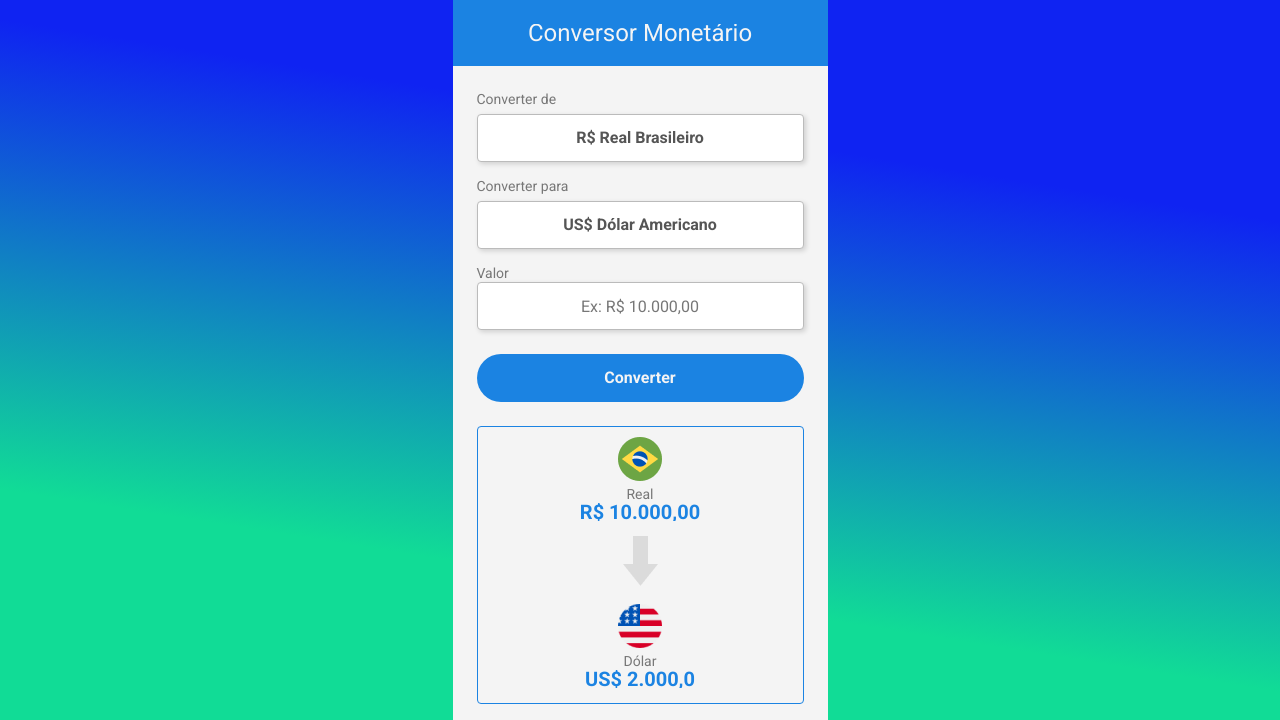
Repository: isayrous/coin-converter
Page: index.html
These files come from the project's save history. The page is drawn as it stood at one moment and after the next save; the edit follows.
The browser window is 1280 px wide. The pictures show the whole page.

Above is the page before, as saved 2022-11-02 21:49:41.

### index.html
<!DOCTYPE html>
<html lang="pt-br">
<head>
    <meta charset="UTF-8">
    <meta http-equiv="X-UA-Compatible" content="IE=edge">
    <meta name="viewport" content="width=device-width, initial-scale=1.0">
    <link rel='stylesheet' href="./style.css">
    <link rel="preconnect" href="https://fonts.googleapis.com">
    <link rel="preconnect" href="https://fonts.gstatic.com" crossorigin>
    <link href="https://fonts.googleapis.com/css2?family=Roboto:wght@400;700&display=swap" rel="stylesheet">
    <title>Conversor Monetário</title>
</head>
<body>
    <div class="container">

        <header>
            <h1>Conversor Monetário</h1>
        </header>

        <main>
            <label>
                Converter <strong>de</strong>
                <select id="first-select">
                    <option>R$ Real Brasileiro</option>
                    <option>US$ Dólar Americano</option>
                    <option>Bitcoin</option>
                    <option>€ Euro</option>
                </select>
            </label>

            <label>
                Converter <strong>para</strong>
                <select id="seccond-select">
                    <option>US$ Dólar Americano</option>
                    <option>Bitcoin</option>
                    <option>€ Euro</option>
                    <option>R$ Real Brasileiro</option>
                </select>
            </label>

            <label>
                <b>Valor</b>
                <input id='values' placeholder="Ex: R$ 10.000,00">
            </label>

            <button id="button-converter" >Converter</button>

            <section>
                <div>
                    <img id="currency-img1" src="./assets/BRL.png">
                    <p id="first-currency">Real</p>
                    <p id="return-input1" class="value">R$ 10.000,00</p>
                </div>

                <img src="./assets/Vector.png"><br>

                <div>
                    <img id="currency-img2" src="./assets/USA.png">
                    <p id ="seccond-currency">Dólar</p>
                    <p id="return-input2" class="value">US$ 2.000,0</p>
                </div>

            </section>

        </main>

    </div>

</body>
<script src='./scripts.js'></script>
</html>

### style.css
* {
    padding: 0;
    margin: 0;
    box-sizing: border-box;
    font-family: 'Roboto', sans-serif;
    font-style: normal;
    font-weight: normal;
    line-height: 18px;
    overflow-x: hidden;
}

body{
    background: linear-gradient(189deg, rgba(15,35,242,1) 24%, rgba(17,220,150,1) 75%);
    width: 100vw;
    height: 100vh;
    display: flex;
    justify-content: center;
}

.container {
    width: 375px;
    background-color: #F4F4F4;
}

header {
    background-color: #1b83e2;
    height: 66px;
    display: flex;
    justify-content: center;
    align-items: center;
}

h1 {
    font-size: 24px;
    color:#F4F4F4;

}

main {
    padding: 24px;
}

label{
    font-weight: 400;
    font-size: 14px;
    color: #777777;
    width: 375px;
}

select{
    width: 327px;
    height: 48px;
    background: #FFFFFF;
    border: 1px solid #BBBBBB;
    border-radius: 4px;
    font-weight: 700;
    font-size: 16px;
    color: #555555;
    text-align: center;
    display: block;
    cursor: pointer;
    outline: none;
    appearance: none;
    box-shadow: 2px 2px 5px 0px #00000026;
    margin-bottom: 15px;
    margin-top: 6px;
}

input{
    width: 327px;
    height: 48px;
    background: #FFFFFF;
    border: 1px solid #BBBBBB;
    border-radius: 4px;
    font-weight: 700;
    font-size: 16px;
    color: #555555;
    text-align: center;
    box-shadow: 2px 2px 5px 0px #00000026;
    outline: none;

}

button {
    background: #1B83E2;
    border-radius: 25px;
    height: 48px;
    width: 327px;
    font-weight: 700;
    font-size: 16px;
    color: #F4F4F4;
    margin: 24px 0px 24px;
    border: none;
    cursor: pointer;
}

button:hover {
    opacity: 0.8;
}

button:active {
    opacity: 0.7;
}

section{
    border: 1px solid #1B83E2;
    border-radius: 4px;
    padding-top: 10px;
    display: flex;
    flex-direction: column;
    align-items: center;
    text-align: center;
}

p {
    font-weight: 400;
    font-size: 14px;
    color: #777777;
}

.value {
    color: #1B83E2;
    font-weight: 700;
    font-size: 20px;
    margin-bottom: 15px;
}

input::placeholder{color: #777777;
    font-weight: 100;}

### scripts.js
const convert = document.getElementById("button-converter")
const select2 = document.getElementById("seccond-select")
const select1 = document.getElementById("first-select")
/* REAL, DOLAR, BITCOIN , EURO */
const real = [5.16, 5.08]
const dolar = [0.19 , 0.98]
const euro = [0.20 , 1.02]
const bitcoin = [98137.74 , 19010.10 , 19269.79]


const convertvalue = () => {
    const input = document.getElementById("values").value
    const returninput1 = document.getElementById("return-input1")
    const returninput2 = document.getElementById("return-input2")
    /* RETURNS DO INPUT 1 */

    if (select1.value === 'R$ Real Brasileiro') {
        returninput1.innerHTML = new Intl.NumberFormat('pt-BR', {
            style: 'currency', currency: 'BRL'
        }).format(input)

        if (select2.value === 'US$ Dólar Americano') {
            returninput2.innerHTML = new Intl.NumberFormat('en-US', {
                style: 'currency', currency: 'USD'
            }).format(input * dolar[0])
        }
        else if (select2.value === '€ Euro') {
            returninput2.innerHTML = new Intl.NumberFormat('de-DE', {
                style: 'currency', currency: 'EUR'
            }).format(input * euro[0])
        }
        else if (select2.value === 'Bitcoin'){
            returninput2.innerHTML = (input / bitcoin[0]).toFixed(2)
        }
        else if (select2.value === 'R$ Real Brasileiro') {
            returninput2.innerHTML = new Intl.NumberFormat('pt-BR', {
                style: 'currency', currency: 'BRL'
            }).format(input)
        }
    }


    else if (select1.value === 'US$ Dólar Americano') {
        returninput1.innerHTML = new Intl.NumberFormat('en-US', {
            style: 'currency', currency: 'USD'
        }).format(input)

        if (select2.value === 'US$ Dólar Americano') {
            returninput2.innerHTML = new Intl.NumberFormat('en-US', {
                style: 'currency', currency: 'USD'
            }).format(input)
        }
        else if (select2.value === '€ Euro') {
            returninput2.innerHTML = new Intl.NumberFormat('de-DE', {
                style: 'currency', currency: 'EUR'
            }).format(input * euro[1])
        }
        else if (select2.value === 'Bitcoin'){
            returninput2.innerHTML = (input / bitcoin[1]).toFixed(2)
        }
        else if (select2.value === 'R$ Real Brasileiro') {
            returninput2.innerHTML = new Intl.NumberFormat('pt-BR', {
                style: 'currency', currency: 'BRL'
            }).format(input * real[0])
        }

    }

    else if (select1.value === '€ Euro') {
        returninput1.innerHTML = new Intl.NumberFormat('de-DE', {
            style: 'currency', currency: 'EUR'
        }).format(input)

        if (select2.value === 'US$ Dólar Americano') {
            returninput2.innerHTML = new Intl.NumberFormat('en-US', {
                style: 'currency', currency: 'USD'
            }).format(input * dolar[1])
        }
        else if (select2.value === '€ Euro') {
            returninput2.innerHTML = new Intl.NumberFormat('de-DE', {
                style: 'currency', currency: 'EUR'
            }).format(input)
        }
        else if (select2.value === 'Bitcoin'){
            returninput2.innerHTML = (input / bitcoin[1]).toFixed(2)
        }
        else if (select2.value === 'R$ Real Brasileiro') {
            returninput2.innerHTML = new Intl.NumberFormat('pt-BR', {
                style: 'currency', currency: 'BRL'
            }).format(input * real[1])
        }
    }

    else if (select1.value === 'Bitcoin') {
        returninput1.innerHTML = (input)

        if (select2.value === 'US$ Dólar Americano') {
            returninput2.innerHTML = new Intl.NumberFormat('en-US', {
                style: 'currency', currency: 'USD'
            }).format(input * bitcoin[1])
        }
        else if (select2.value === '€ Euro') {
            returninput2.innerHTML = new Intl.NumberFormat('de-DE', {
                style: 'currency', currency: 'EUR'
            }).format(input * bitcoin[2])
        }
        else if (select2.value === 'Bitcoin'){
            returninput2.innerHTML = (input)
        }
        else if (select2.value === 'R$ Real Brasileiro') {
            returninput2.innerHTML = new Intl.NumberFormat('pt-BR', {
                style: 'currency', currency: 'BRL'
            }).format(input * bitcoin[0])
        }


    }

}

const change2 = () => {
    const currencyName2 = document.getElementById("seccond-currency")
    const currencyImg2 = document.getElementById("currency-img2")

    if (select2.value === '€ Euro') {
        currencyName2.innerHTML = '€ Euro'
        currencyImg2.src = "./assets/EURO.png"
    } else if (select2.value === 'Bitcoin') {
        currencyName2.innerHTML = 'Bitcoin'
        currencyImg2.src = "./assets/BITCOIN.png"
    } else if (select2.value === 'US$ Dólar Americano') {
        currencyName2.innerHTML = 'Dólar'
        currencyImg2.src = "./assets/USA.png"
    } else if (select2.value === 'R$ Real Brasileiro') {
        currencyName2.innerHTML = 'Real'
        currencyImg2.src = "./assets/BRL.png"
    }

    convertvalue()
}

const change1 = () => {
    const currencyName1 = document.getElementById("first-currency")
    const currencyImg1 = document.getElementById("currency-img1")

    if (select1.value === '€ Euro') {
        currencyName1.innerHTML = '€ Euro'
        currencyImg1.src = "./assets/EURO.png"
    } else if (select1.value === 'Bitcoin') {
        currencyName1.innerHTML = 'Bitcoin'
        currencyImg1.src = "./assets/BITCOIN.png"
    } else if (select1.value === 'US$ Dólar Americano') {
        currencyName1.innerHTML = 'Dólar'
        currencyImg1.src = "./assets/USA.png"
    } else if (select1.value === 'R$ Real Brasileiro') {
        currencyName1.innerHTML = 'Real'
        currencyImg1.src = "./assets/BRL.png"
    }
    convertvalue()

}

convert.addEventListener('click', convertvalue)
select1.addEventListener('change', change1)
select2.addEventListener('change', change2)

After the next save:
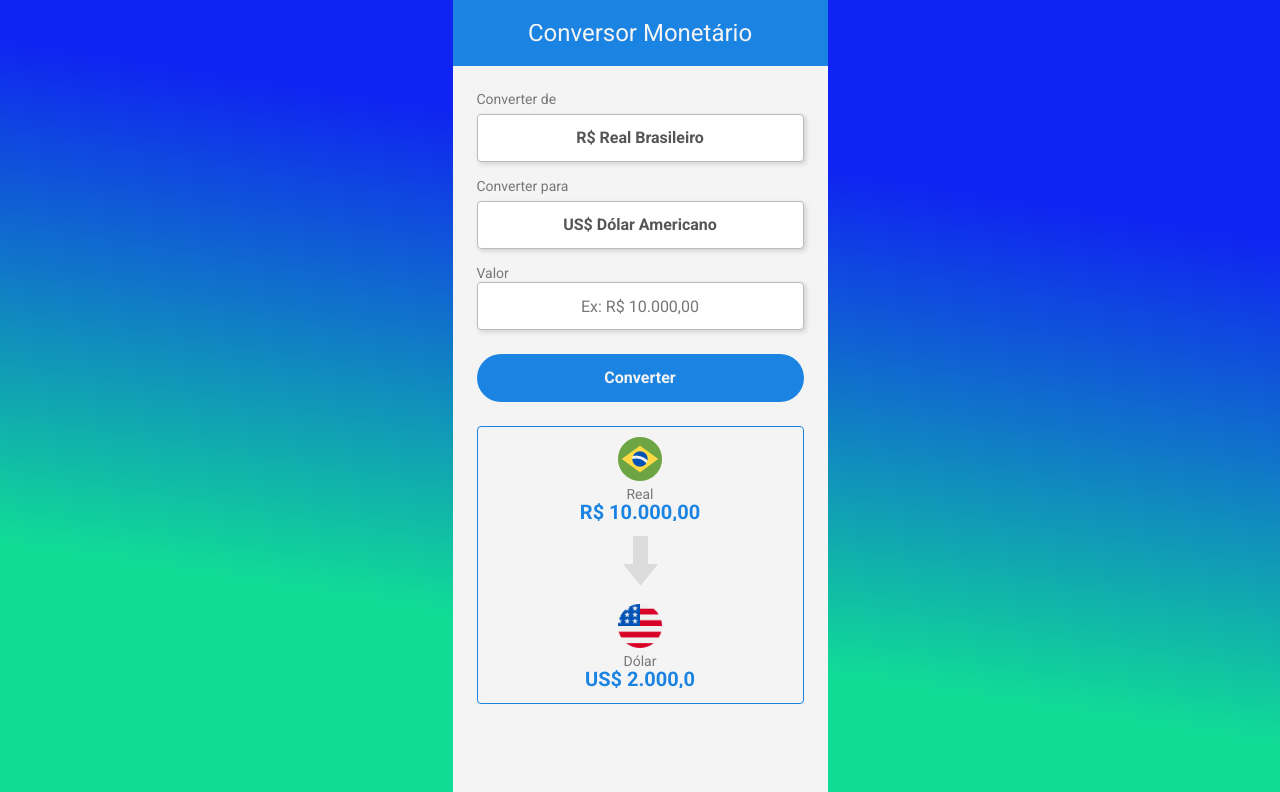
Saved 14 s later.
--- a/style.css
+++ b/style.css
@@ -12,7 +12,7 @@
 body{
     background: linear-gradient(189deg, rgba(15,35,242,1) 24%, rgba(17,220,150,1) 75%);
     width: 100vw;
-    height: 100vh;
+    height: 110vh;
     display: flex;
     justify-content: center;
 }
